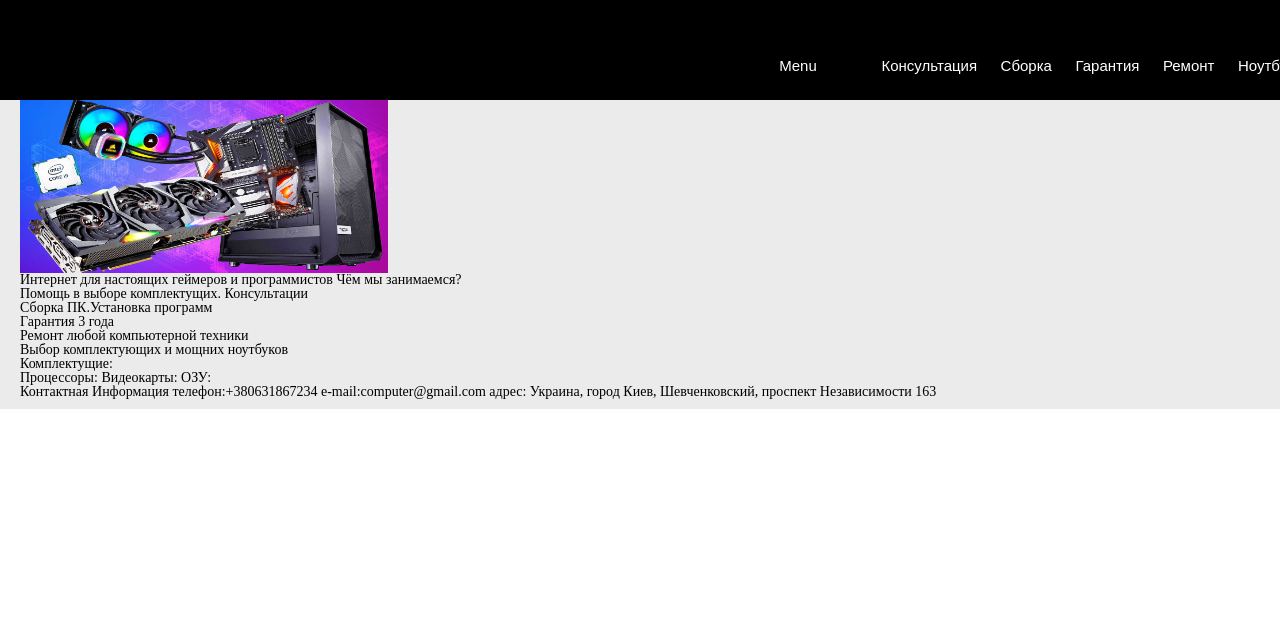
Repository: Bohdan-Sandovenko/First-Project-Flex
Page: index.html
An editor plug-in stored every save of this project. The page is shown before and after the next save, followed by the edit.
The browser window is 1280 px wide. The pictures show the whole page.
The style sheet was rebuilt from its Sass, Less or Tailwind sources for each picture, by a compiler version that may differ from the author's.

Above is the page before, as saved 2024-07-26 23:00:31.

After the next save:
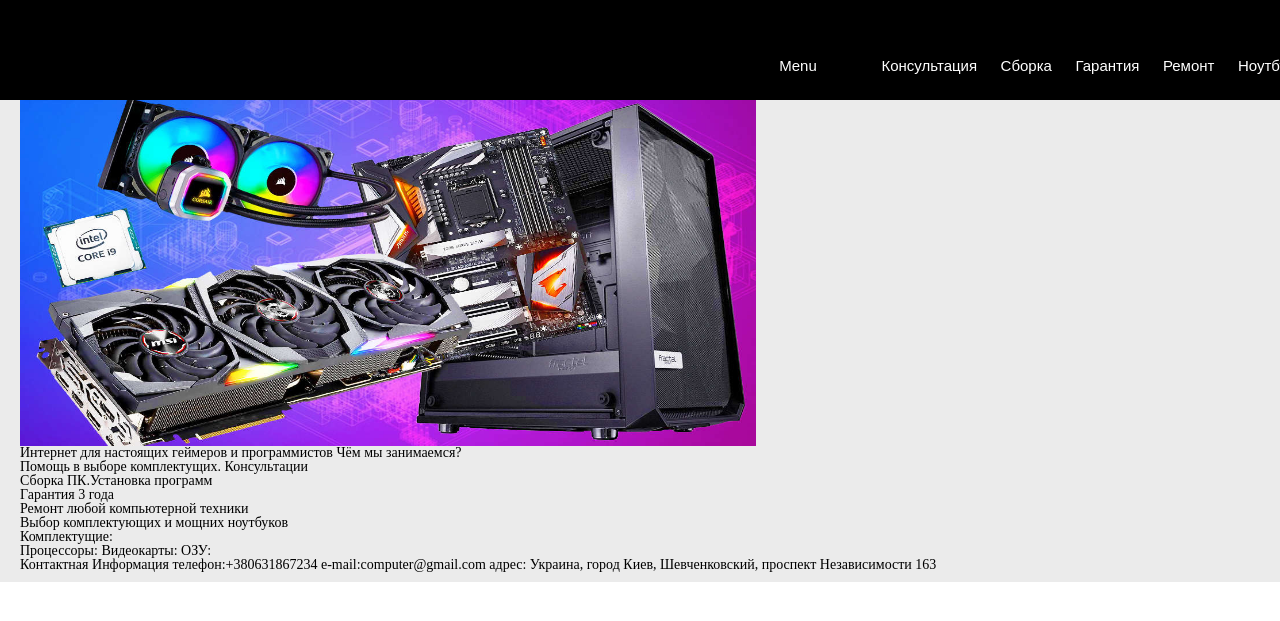
Saved 61 s later.
--- a/css/style.scss
+++ b/css/style.scss
@@ -60,8 +60,8 @@
     .content-top {
         .content-top-image-block {
             .content-top-image {
-                width: 368px;
-                height: 173px;
+                width: 736px;
+                height: 346px;
             }
         }
     }
